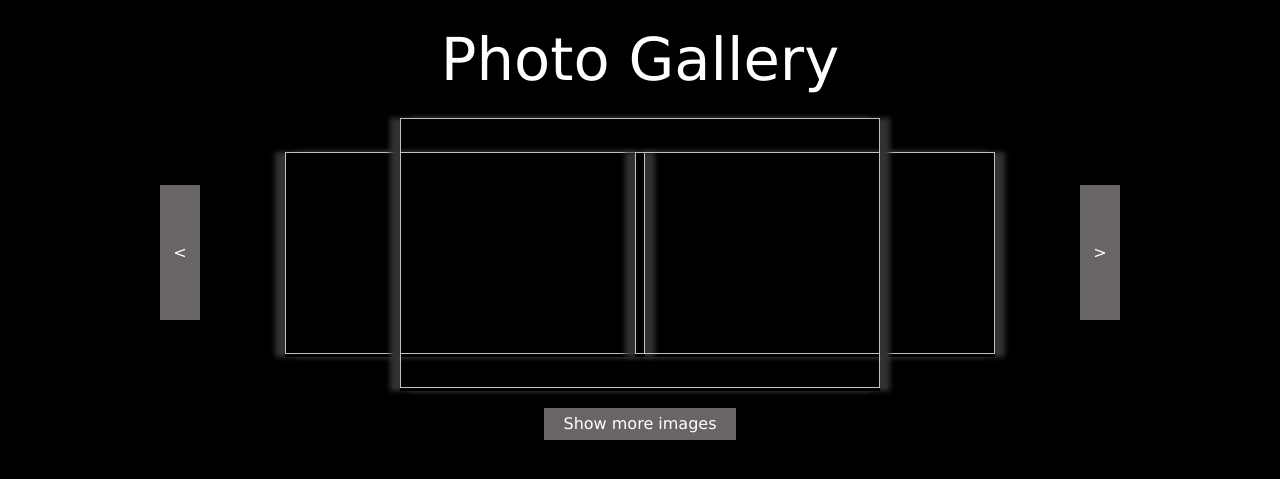
Repository: rob3rtblake/lesson6_javascript3
Page: index.html
The author's editor kept a record of every edit. The page is drawn from the files as they stood at one moment, then again after the next edit.
The browser window is 1280 px wide. The pictures show the whole page.

Above is the page before.

### index.html
<!DOCTYPE html>
<html lang="en">
<head>
   <!--
    Program Name:  Photo Gallery Application
    Author: Robert Blake
    Date:   03/26/2017
    Filename: index.html
   -->

   <meta charset="utf-8" />
   <meta http-equiv="X-UA-Compatible" content="IE=edge,chrome=1">
   <meta name="viewport" content="width=device-width,initial-scale=1.0">
   <title>Photo gallery</title>
   <link rel="stylesheet" href="photos.css" />
   <script src="modernizr.custom.05819.js"></script>
</head>

<body>
   <div>
      <header>
         <h1>Photo Gallery</h1>
      </header>

      <article>
         <div id="leftarrow">
            <p>&lt;</p>
         </div>
         <figure id="fig2">
            <img width="360" height="202" />
         </figure>
         <figure id="fig3">
            <img width="480" height="270" />
         </figure>
         <figure id="fig4">
            <img width="360" height="202" />
         </figure>
         <div id="rightarrow">
            <p>&gt;</p>
         </div>
         <div id="fiveButton">
            <p>Show more images</p>
         </div>
      </article>
   </div>
   <script src="photos.js"></script>
</body>
</html>

### photos.css
/*
    Program Name:  Photo Gallery Application
    Author:
    Date:
    Filename: photos.css
*/


/* apply a natural box layout model to all elements */
* {
   -moz-box-sizing: border-box;
   -webkit-box-sizing: border-box;
   box-sizing: border-box;
}

/* reset rules */
html, body, div, span, applet, object, iframe,
h1, h2, h3, h4, h5, h6, p, blockquote, pre,
a, abbr, acronym, address, big, cite, code,
del, dfn, em, img, ins, kbd, q, s, samp,
small, strike, strong, sub, sup, tt, var,
b, u, i, center,
dl, dt, dd, ol, ul, li,
fieldset, form, label, legend,
table, caption, tbody, tfoot, thead, tr, th, td,
article, aside, canvas, details, embed,
figure, figcaption, footer, header, hgroup,
menu, nav, output, ruby, section, summary,
time, mark, audio, video {
   margin: 0;
   padding: 0;
   border: 0;
   font-size: 100%;
   font: inherit;
   vertical-align: baseline;
}

/* HTML5 display-role reset for older browsers */
article, aside, details, figcaption, figure,
footer, header, hgroup, menu, nav, section {
   display: block;
}

body {
   line-height: 1;
   width: 960px;
   margin: 0 auto;
   font-family: verdana, arial, helvetica, sans-serif;
   background: black;
   position: relative;
}

ol, ul {
   list-style: none;
}

blockquote, q {
   quotes: none;
}

blockquote:before, blockquote:after,
q:before, q:after {
   content: '';
   content: none;
}

table {
   border-collapse: collapse;
   border-spacing: 0;
}

a:link, a:visited {
   text-decoration: none;
   color: inherit;
}

a:hover {
   text-decoration: none;
   color: inherit;
}

a:active {
   text-decoration: none;
   color: inherit;
}

/* page header */
header {
   color: white;
   font-size: 3.7em;
}

header h1 {
   text-align: center;
   padding: 0.5em;
}

/* main content */
article {
   background: white;
   position: relative;
}

article h2 {
   font-size: 1.2em;
   font-weight: bold;
   text-align: left;
   margin: 0 0 10px 51px;
}

#leftarrow, #rightarrow {
   background: #696565;
   color: white;
   position: absolute;
   z-index: 30;
   text-align: center;
   height: 135px;
   width: 40px;
   top: 67px;
}

article div:hover {
   cursor: default;
}

#leftarrow {
   left: 0;
}

#rightarrow {
   right: 0;
}

#fiveButton {
   display: block;
   width: 100%;
   position: absolute;
   top: 290px;
   color: white;
   text-align: center;
}

#fiveButton p {
   width: 20%;
   margin: 0 auto;
   line-height: 2em;
   background: #696565;
}

#leftarrow p, #rightarrow p {
   position: relative;
   top: 50%;
   margin-top: -0.5em;
}

figure {
   position: absolute;
   -webkit-box-shadow: 10px 0px 5px rgb(50, 50, 50),
                       -10px 0px 5px rgb(50, 50, 50);
   -moz-box-shadow:    10px 0px 5px rgb(50, 50, 50),
                       -10px 0px 5px rgb(50, 50, 50);
   box-shadow:         10px 0px 5px rgb(50, 50, 50),
                       -10px 0px 5px rgb(50, 50, 50);
}

#fig2 {
   z-index: 10;
   left: 13%;
   top: 34px;
}

#fig3 {
   z-index: 20;
   left: 50%;
   margin-left: -240px;
   top: 0;
}

#fig4 {
   z-index: 10;
   right: 13%;
   top: 34px;
}

/* footer */
footer {
   width: 100%;
   font-size: 14px;
   padding: 10px;
   clear: both;
   background: black;
   color: rgb(227,198,32);
}

footer p {
   text-align: center;
}

### photos.js
/*
    Program Name:  Photo Gallery Application
    Author: Robert Blake
    Date:   03/26/2018
    Filename: photos.js

 */


"use strict"; // interpret document contents in JavaScript strict mode

/* global variables */
var photoOrder = [1,2,3,4,5];
var figureCount = 3;

/*****************************************populateFigures() FUNCTION*************************************/
/* This method adds src values to img elements based on order specified in photoOrder array             */
/********************************************************************************************************/
function populateFigures() {




}//end of populateFigures function

/**********************************END OF populateFigures() FUNCTION*************************************/



/*********************************rightArrow() FUNCTION***************************************************/
/* This method shifts all images one figure to the right, and change values in photoOrder array to match */
/********************************************************************************************************/
function rightArrow() {
   for (var i = 0; i < 5; i++) {
      if ((photoOrder[i] + 1) === 6) {
         photoOrder[i] = 1;
      } else {
         photoOrder[i] += 1;
      }//end of else

      populateFigures();

   }//end of for loop
}//end of rightArrow Function

/***********************************END OF RIGHT ARROW FUNCTION******************************************/

/********************************leftArrow() Function****************************************************/
/*This method shifts all images one figure to the left, and change values in photoOrder array to match  */
/********************************************************************************************************/
function leftArrow() {
    for (var i = 0; i < 5; i++) {
        if ((photoOrder[i] - 1) === 0) {
            photoOrder[i] = 5;
        } else {
            photoOrder[i] -= 1;
        }//end of else

      populateFigures();

    }//end of for loop
}//end of leftArrow Function

/****************************END OF LEFT ARROW FUNCTION*************************************************/


/***************************************previewFive() Function******************************************/
/*           This method is executed to allow the photo gallery to shift to five image layout.         */
/******************************************************************************************************/
function previewFive() {




}//end of previewFive()

/****************************************END of previewFive() Function**********************************/



/***********************************createEventListeners() Function*************************************/
/*         This method attaches event listeners to the buttons (left, right, and show all).            */
/*******************************************************************************************************/
function createEventListeners() {


//declare variable for document element with id of leftarrow, which is in the html document
var leftarrow = document.getElementById("leftarrow");
 //add an event handler to the specified document element (leftarrow)
 //the leftArrow() function will be executed when the user clicks the left navigation arrow button
 leftarrow.addEventListener("click", leftArrow, false);
//declare variable for document element with id of rightarrow in the html document
 var rightarrow = document.getElementById("rightarrow");

 //add an event handler to the specified document element (rightarrow)
 //the rightArrow() function will executed when user clicks the right navigation arrow
 rightarrow.addEventListener("click", rightArrow, false);

}//end of createEventListeners function

/************************************END OF createEventListeners() FUNCTION****************************/


/************************************setUpPage() FUNCTION**********************************************/
/* create event listeners and populate image elements */
function setUpPage() {
   createEventListeners();
   populateFigures();
}//end of setUpPage Function

/***********************************END OF setUpPage() FUNCTION***************************************/



/* run setUpPage() function when page finishes loading */
if (window.addEventListener) {
      window.addEventListener("load", setUpPage, false);
} else if (window.attachEvent)  {
      window.attachEvent("onload", setUpPage);
}//end of else if

Loaded but not shown: modernizr.custom.05819.js (library)

After the next edit:
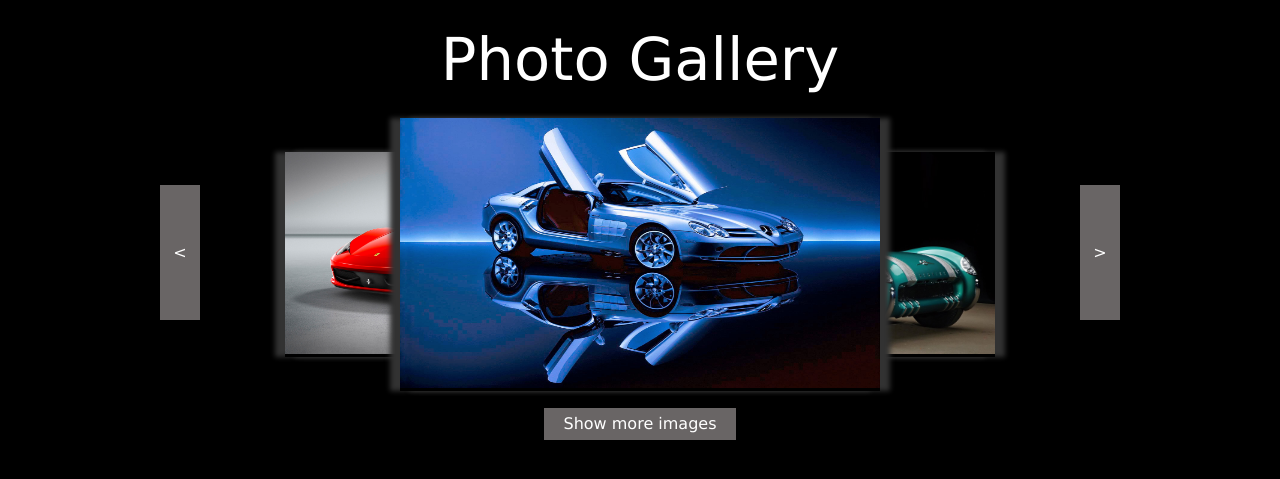
The edit:
--- a/photos.js
+++ b/photos.js
@@ -18,8 +18,13 @@
 /********************************************************************************************************/
 function populateFigures() {
 
-
-
+ var filename;
+ var currentFig;
+ for (var i = 1; i < 4; i++) {
+ filename = "images/IMG_0" + photoOrder[i] + "sm.jpg";
+ currentFig = document.getElementsByTagName("img")[i - 1];
+ currentFig.src = filename;
+ }//end of loop
 
 }//end of populateFigures function
 
